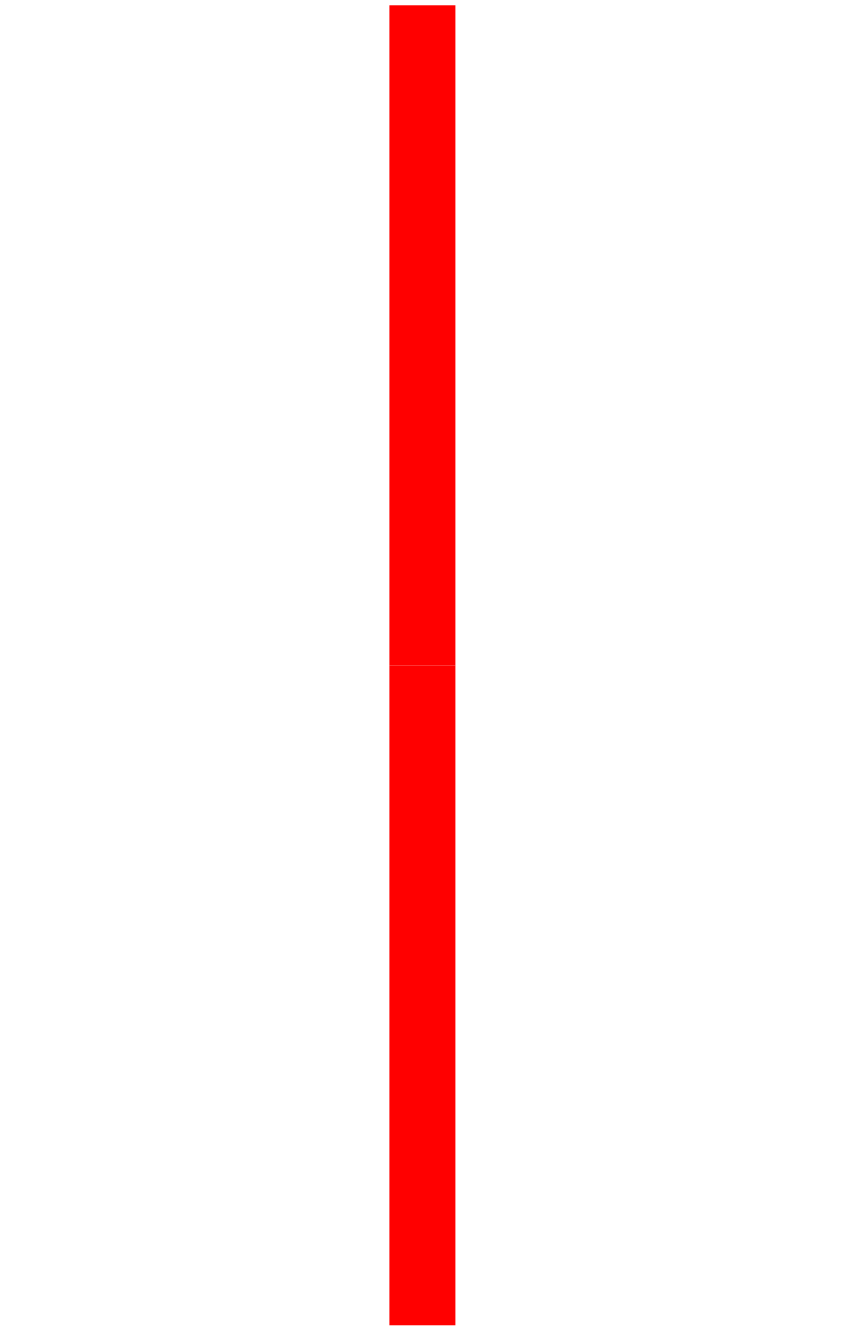
Repository: HuangHhuang/LeetCode
Page: 图片按需加载思路.html
An editor plug-in stored every save of this project. The page is shown before and after the next save, followed by the edit.
The browser window is 1280 px wide. The pictures show the whole page, at 66% of full size.

Above is the page before, as saved 2021-11-04 19:26:58.

After the next save:
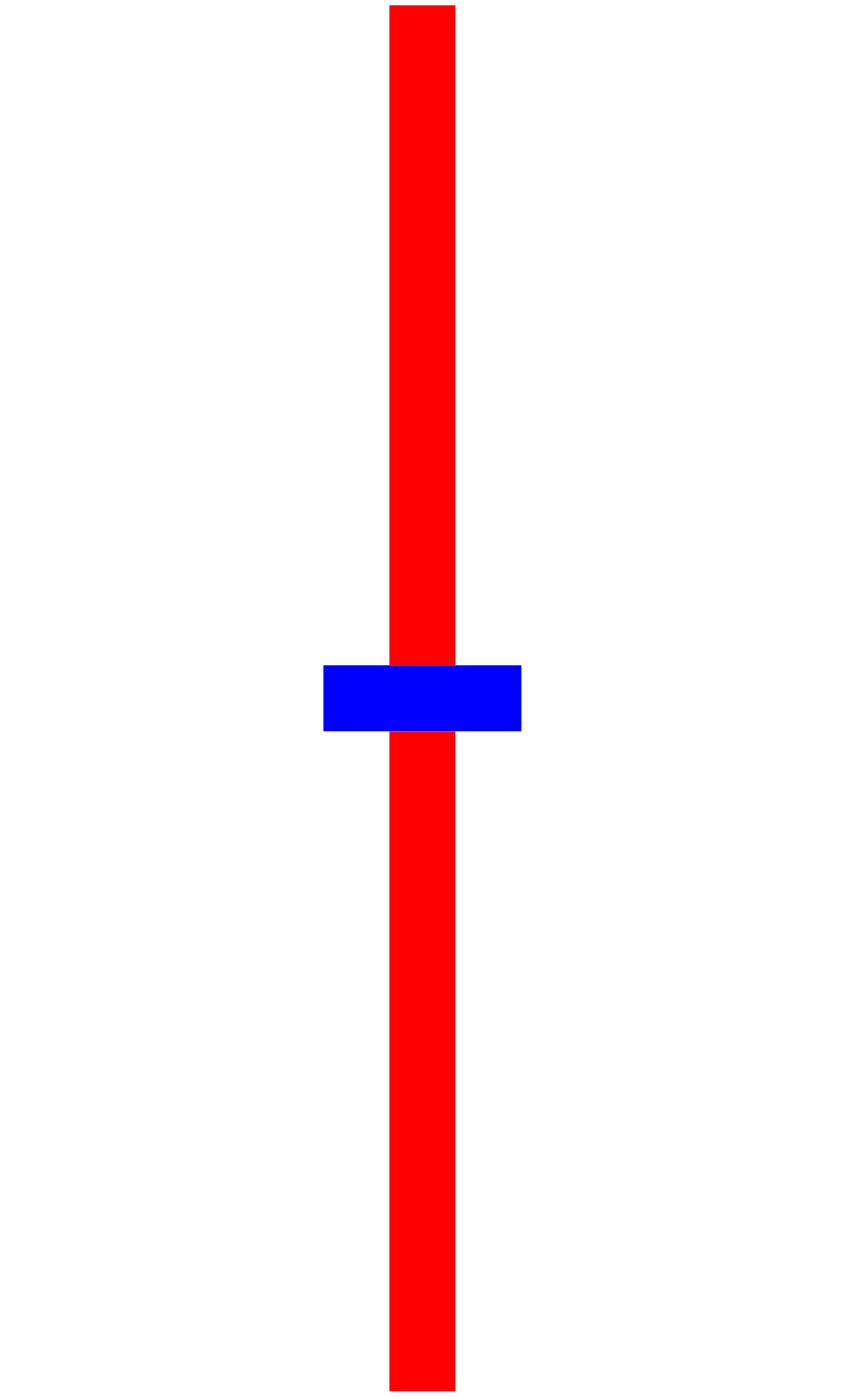
Saved 40 s later.
--- a/图片按需加载思路.html
+++ b/图片按需加载思路.html
@@ -12,7 +12,7 @@
             width:100px;
             background-color: red;
         }
-        #div1 {
+        .div1 {
             height: 100px;
             width: 300px;
             background-color: blue;
